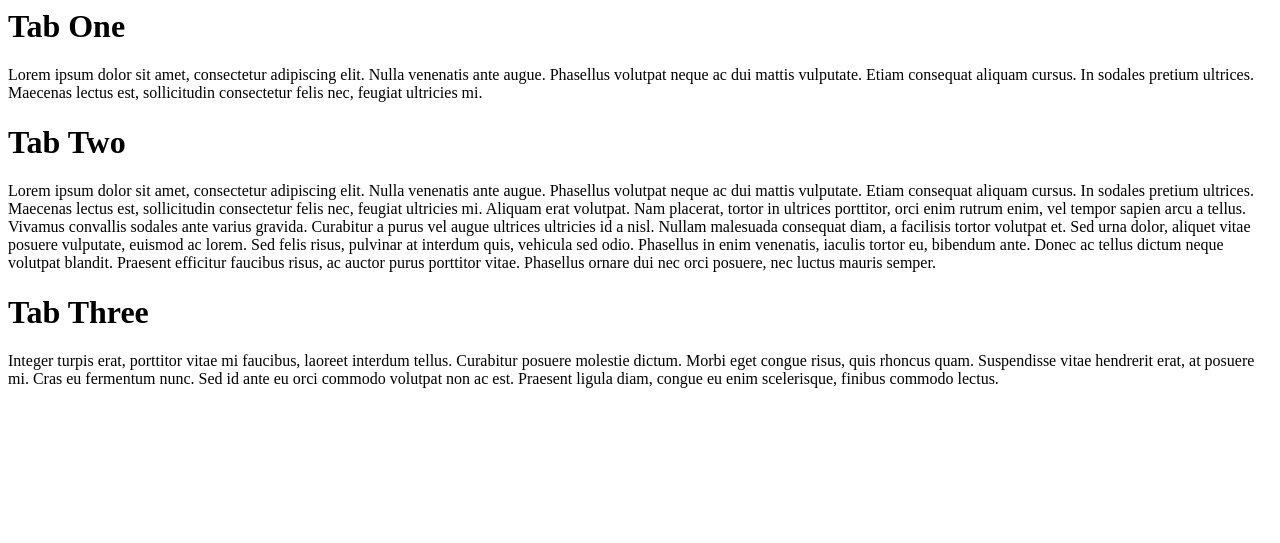
Repository: zayro/php_crud_angularjs_material
Page: reporte.html
The author's editor kept a copy of each file at every save. The page is drawn from the files as they stood at one save, then again after the next save.
The browser window is 1280 px wide. The pictures show the whole page.

Above is the page before, as saved 2017-05-05 10:14:04.

### reporte.html
<div ng-cloak>
    <md-content>
        <md-tabs md-dynamic-height md-border-bottom>
            <md-tab label="one">
                <md-content class="md-padding">
                    <h1 class="md-display-2">Tab One</h1>
                    <p>Lorem ipsum dolor sit amet, consectetur adipiscing elit. Nulla venenatis ante augue. Phasellus volutpat neque ac dui mattis vulputate. Etiam consequat aliquam cursus. In sodales pretium ultrices. Maecenas lectus est, sollicitudin consectetur
                        felis nec, feugiat ultricies mi.</p>
                </md-content>
            </md-tab>
            <md-tab label="two">
                <md-content class="md-padding">
                    <h1 class="md-display-2">Tab Two</h1>
                    <p>Lorem ipsum dolor sit amet, consectetur adipiscing elit. Nulla venenatis ante augue. Phasellus volutpat neque ac dui mattis vulputate. Etiam consequat aliquam cursus. In sodales pretium ultrices. Maecenas lectus est, sollicitudin consectetur
                        felis nec, feugiat ultricies mi. Aliquam erat volutpat. Nam placerat, tortor in ultrices porttitor, orci enim rutrum enim, vel tempor sapien arcu a tellus. Vivamus convallis sodales ante varius gravida. Curabitur a purus vel augue
                        ultrices ultricies id a nisl. Nullam malesuada consequat diam, a facilisis tortor volutpat et. Sed urna dolor, aliquet vitae posuere vulputate, euismod ac lorem. Sed felis risus, pulvinar at interdum quis, vehicula sed odio. Phasellus
                        in enim venenatis, iaculis tortor eu, bibendum ante. Donec ac tellus dictum neque volutpat blandit. Praesent efficitur faucibus risus, ac auctor purus porttitor vitae. Phasellus ornare dui nec orci posuere, nec luctus mauris semper.</p>

                </md-content>
            </md-tab>
            <md-tab label="three">
                <md-content class="md-padding">
                    <h1 class="md-display-2">Tab Three</h1>
                    <p>Integer turpis erat, porttitor vitae mi faucibus, laoreet interdum tellus. Curabitur posuere molestie dictum. Morbi eget congue risus, quis rhoncus quam. Suspendisse vitae hendrerit erat, at posuere mi. Cras eu fermentum nunc. Sed
                        id ante eu orci commodo volutpat non ac est. Praesent ligula diam, congue eu enim scelerisque, finibus commodo lectus.</p>
                </md-content>
            </md-tab>
        </md-tabs>
    </md-content>
</div>

After the next save:
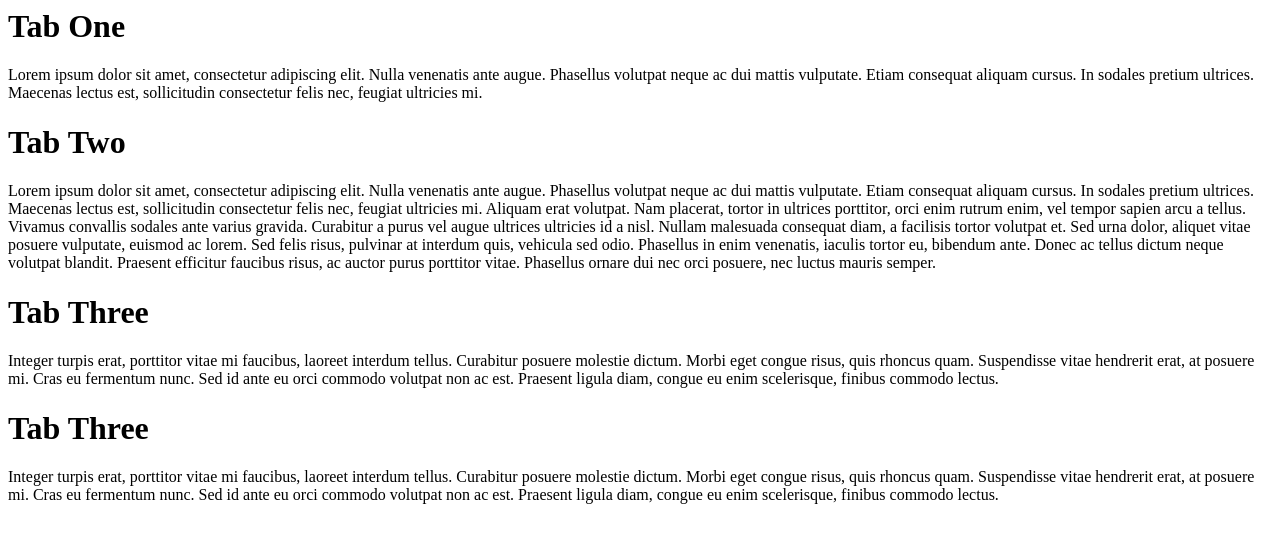
Saved 13 s later.
--- a/reporte.html
+++ b/reporte.html
@@ -25,6 +25,13 @@
                         id ante eu orci commodo volutpat non ac est. Praesent ligula diam, congue eu enim scelerisque, finibus commodo lectus.</p>
                 </md-content>
             </md-tab>
+            <md-tab label="three">
+                <md-content class="md-padding">
+                    <h1 class="md-display-2">Tab Three</h1>
+                    <p>Integer turpis erat, porttitor vitae mi faucibus, laoreet interdum tellus. Curabitur posuere molestie dictum. Morbi eget congue risus, quis rhoncus quam. Suspendisse vitae hendrerit erat, at posuere mi. Cras eu fermentum nunc. Sed
+                        id ante eu orci commodo volutpat non ac est. Praesent ligula diam, congue eu enim scelerisque, finibus commodo lectus.</p>
+                </md-content>
+            </md-tab>
         </md-tabs>
     </md-content>
 </div>
